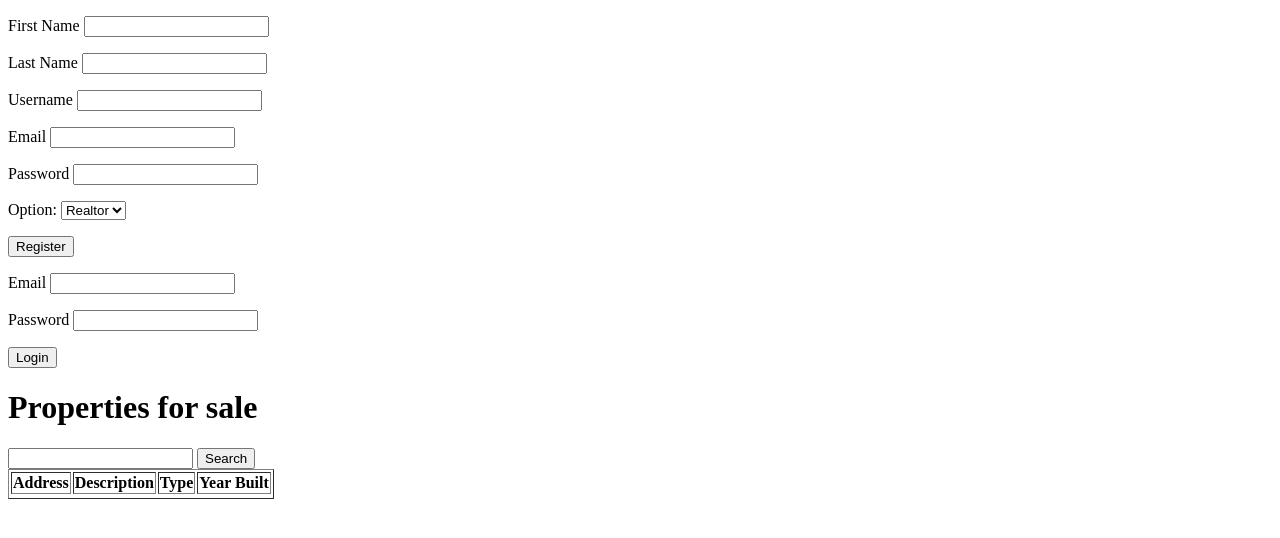
Repository: rickytorrez/test
Page: http://localhost/dcHome/WEB-INF/home.jsp
These files come from the project's save history. The page is drawn as it stood at one moment and after the next save; the edit follows.
The browser window is 1280 px wide. The pictures show the whole page.
The page is served by Tomcat 9. Nobody is signed in. The template is opened directly, without the code that normally fills it, so the values that code supplies are empty.

Above is the page before, as saved 2018-06-01 17:26:13.

After the next save:
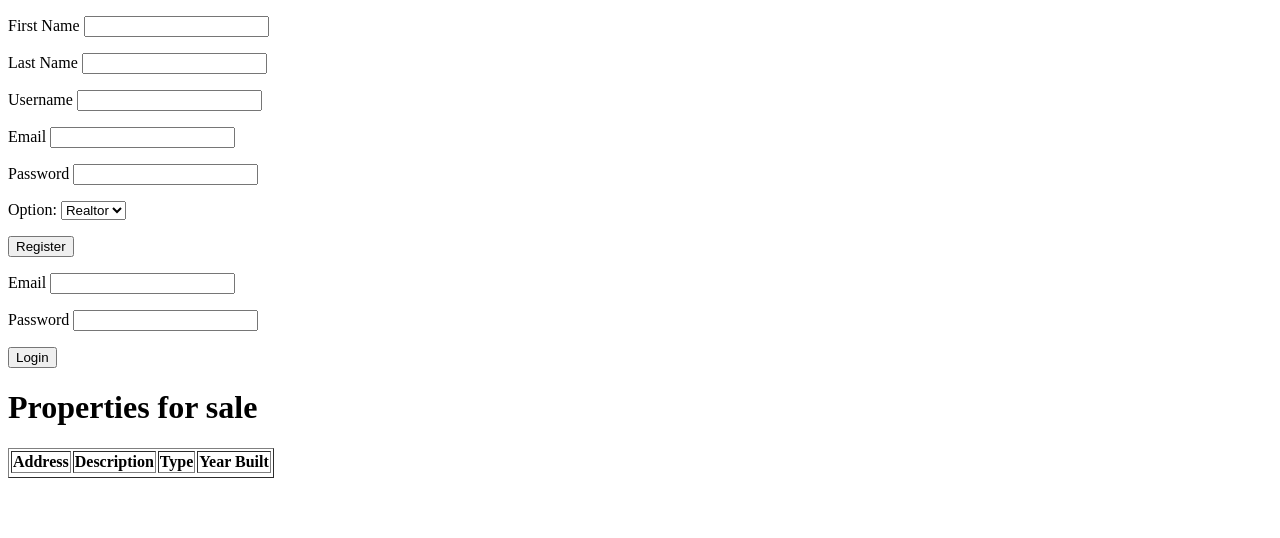
Saved 13 min 6 s later.
--- a/dcHome/src/main/webapp/WEB-INF/home.jsp
+++ b/dcHome/src/main/webapp/WEB-INF/home.jsp
@@ -79,12 +79,6 @@
  		</form>
 
  		<h1>Properties for sale</h1>
-
- 			<form method="GET" action="/listings/search" >
-				<input type="text" name="search" />
-				<input type="submit" value="Search" />
-			</form>
-
  			<table border="1px">
 				<tr>
 					<th>Address</th>

After the save that followed:
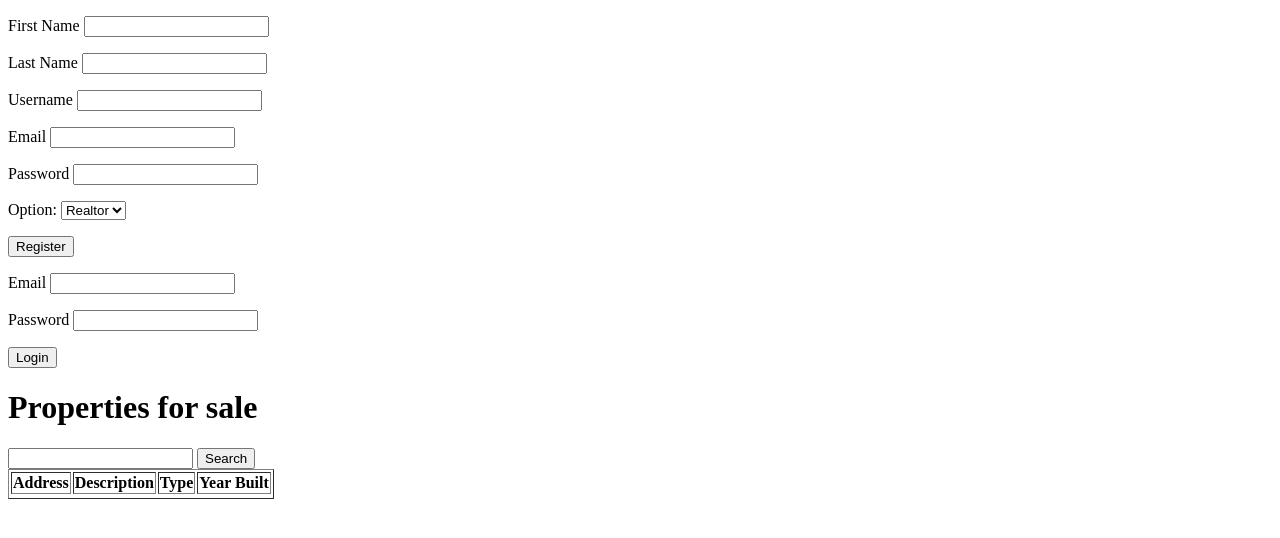
Saved 12 min 8 s later.
--- a/dcHome/src/main/webapp/WEB-INF/home.jsp
+++ b/dcHome/src/main/webapp/WEB-INF/home.jsp
@@ -79,6 +79,12 @@
  		</form>
 
  		<h1>Properties for sale</h1>
+
+ 			<form method="GET" action="/listings/search" >
+				<input type="text" name="search" />
+				<input type="submit" value="Search" />
+			</form>
+
  			<table border="1px">
 				<tr>
 					<th>Address</th>
